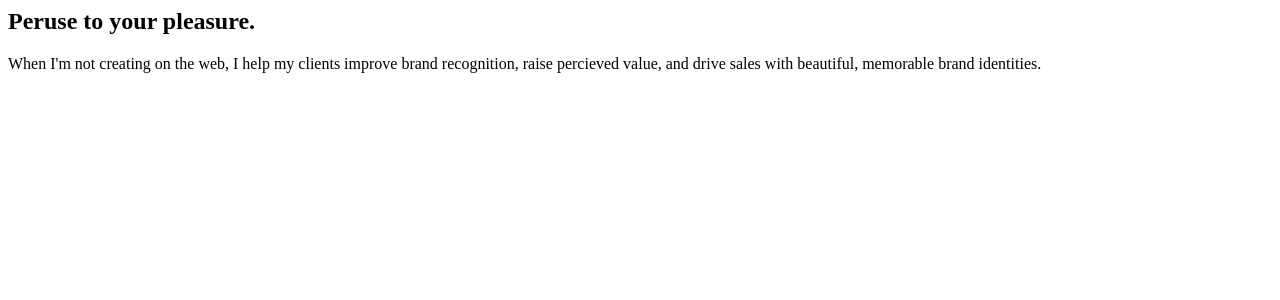
Repository: bradeneast/bradeneast.com
Page: pages/work/index.html
The author's editor kept a copy of each file at every save. The page is drawn from the files as they stood at one save, then again after the next save.
The browser window is 1280 px wide. The pictures show the whole page.

Above is the page before, as saved 2019-10-10 15:51:52.

### pages/work/index.html
<!--
    title: Work,
    description: Discover the thinking behind beautiful design solutions.,
-->
<section>
    <div>
        <h1>
            Peruse to your pleasure.
        </h1>
        <p>
            When I'm not creating on the web, I help my clients improve brand recognition, raise percieved value, and drive sales with beautiful, memorable brand identities.
        </p>
    </div>
</section>

<section class="load">
    <ul class="gallery" id="postFeed" data-stagger>
        <template>
            <li class="item load">
                <a href="" class="link">
                    <img class="image" />
                </a>
            </li>
        </template>
    </ul>
</section>

After the next save:
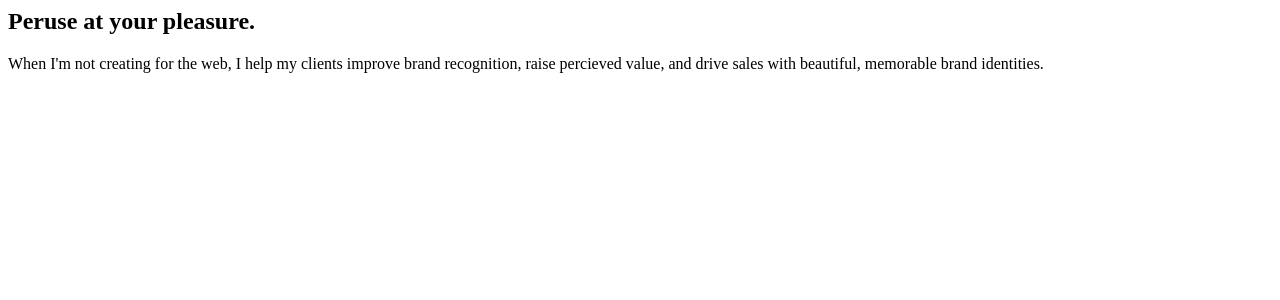
Saved 90 s later.
--- a/pages/work/index.html
+++ b/pages/work/index.html
@@ -5,10 +5,10 @@
 <section>
     <div>
         <h1>
-            Peruse to your pleasure.
+            Peruse at your pleasure.
         </h1>
         <p>
-            When I'm not creating on the web, I help my clients improve brand recognition, raise percieved value, and drive sales with beautiful, memorable brand identities.
+            When I'm not creating for the web, I help my clients improve brand recognition, raise percieved value, and drive sales with beautiful, memorable brand identities.
         </p>
     </div>
 </section>
